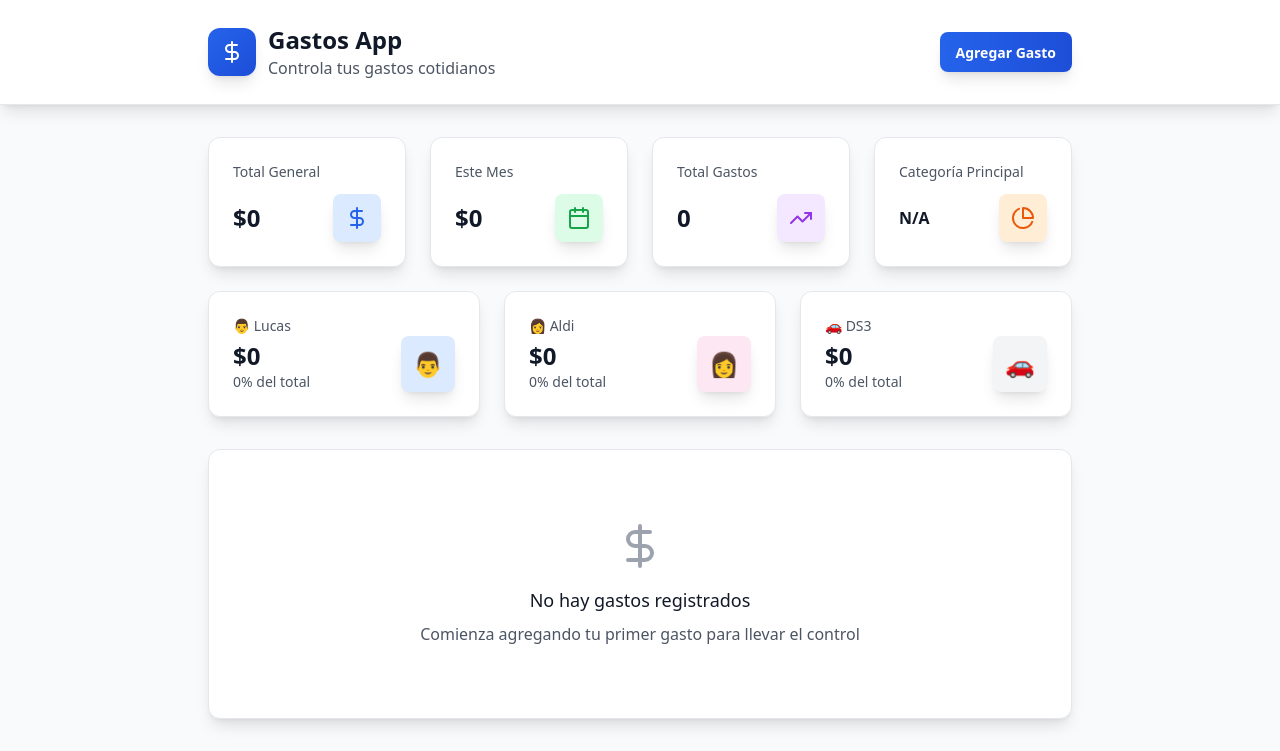
Repository: lucastenaglia/Gastosapp
Page: /
An editor plug-in stored every save of this project. The page is shown before and after the next save, followed by the edit.
The browser window is 1280 px wide. The pictures show the whole page.
The page's requests for data from a server got no answer. The project was rebuilt for these pictures with package versions that can differ from the ones it lists, and the page was loaded fresh each time. No one was signed in, and anything a server would have sent is missing. Also part of the build but not shown: vite.config.js, src/components/ExpenseForm.jsx.

Above is the page before, as saved 2025-08-13 18:47:57.

After the next save:
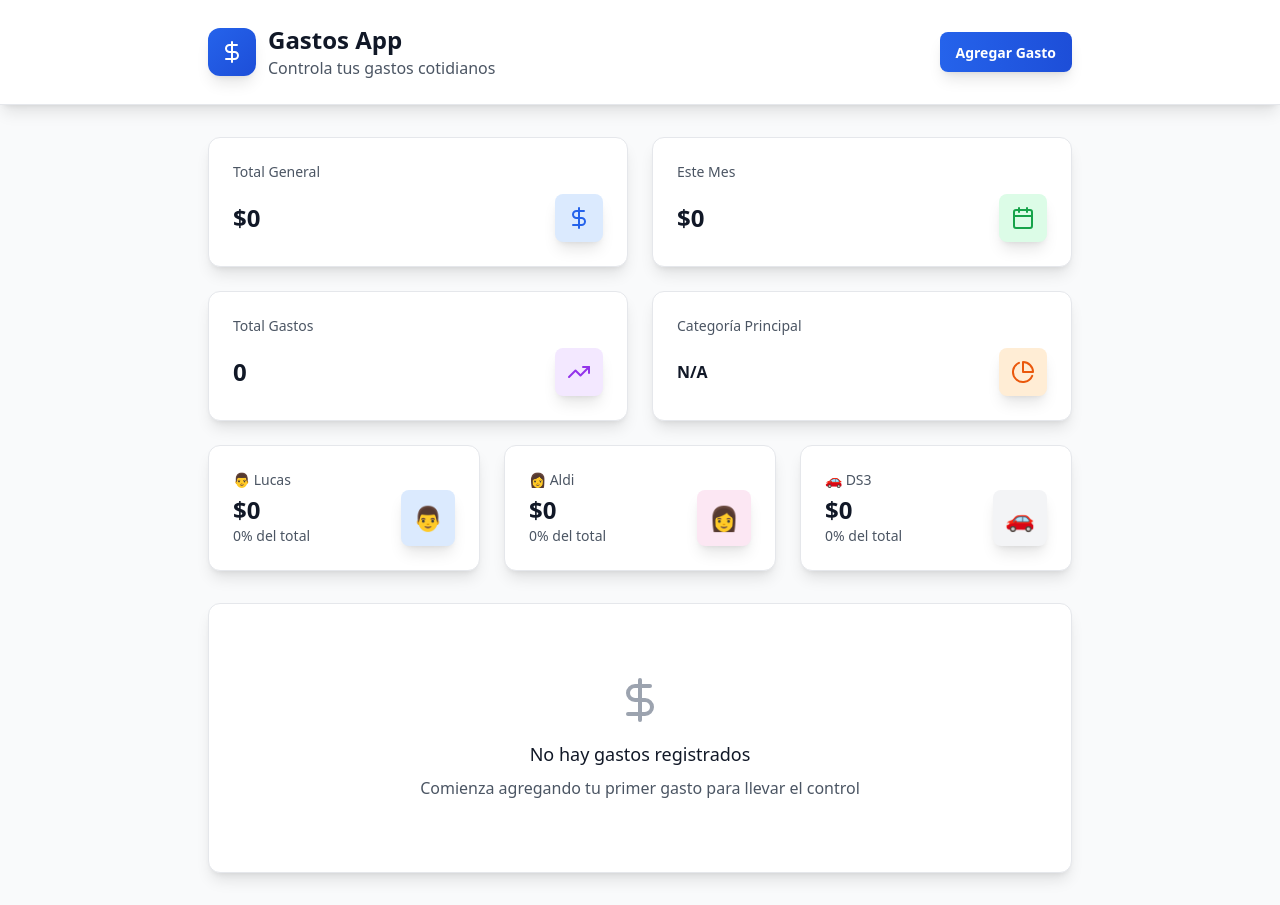
Saved 72 s later.
--- a/src/components/ExpenseSummary.jsx
+++ b/src/components/ExpenseSummary.jsx
@@ -40,7 +40,7 @@
   return (
     <div className="space-y-4 sm:space-y-6">
                   {/* Primera fila - Estadísticas generales */}
-      <div className="grid grid-cols-2 lg:grid-cols-4 gap-3 sm:gap-6">
+      <div className="grid grid-cols-2 lg:grid-cols-2 gap-3 sm:gap-6">
                  {/* Total General */}
           <div className="card relative p-4 sm:p-6">
            <div className="space-y-3">

After the save that followed:
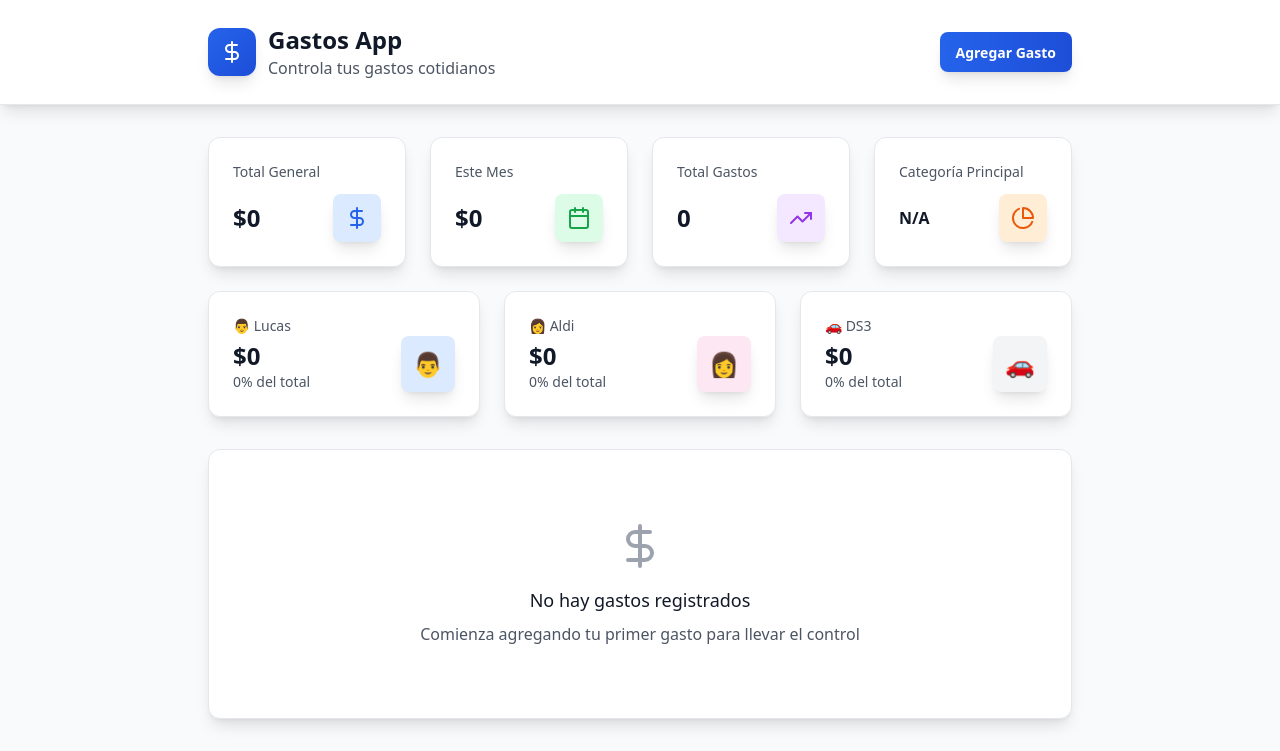
Saved 30 s later.
--- a/src/components/ExpenseSummary.jsx
+++ b/src/components/ExpenseSummary.jsx
@@ -40,7 +40,7 @@
   return (
     <div className="space-y-4 sm:space-y-6">
                   {/* Primera fila - Estadísticas generales */}
-      <div className="grid grid-cols-2 lg:grid-cols-2 gap-3 sm:gap-6">
+      <div className="grid grid-cols-2 lg:grid-cols-4 gap-3 sm:gap-6">
                  {/* Total General */}
           <div className="card relative p-4 sm:p-6">
            <div className="space-y-3">
